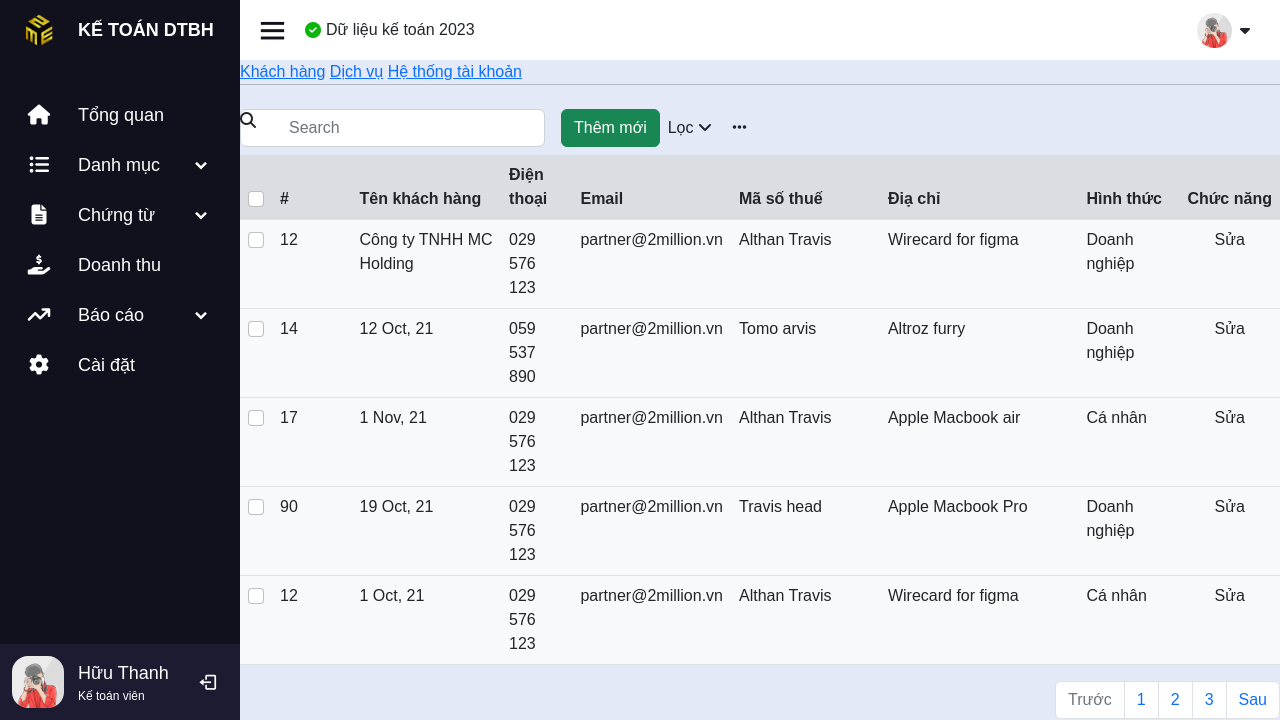
Repository: huuthanhdev/PhanMemKeToan
Page: pages/customer.html
These files come from the project's save history. The page is drawn as it stood at one moment and after the next save; the edit follows.
The browser window is 1280 px wide. The pictures show the whole page.
Some web fonts or font styles are not loaded; a fallback is used. Some web libraries are served in a nearby version.

Above is the page before, as saved 2023-03-24 16:45:49.

After the next save:
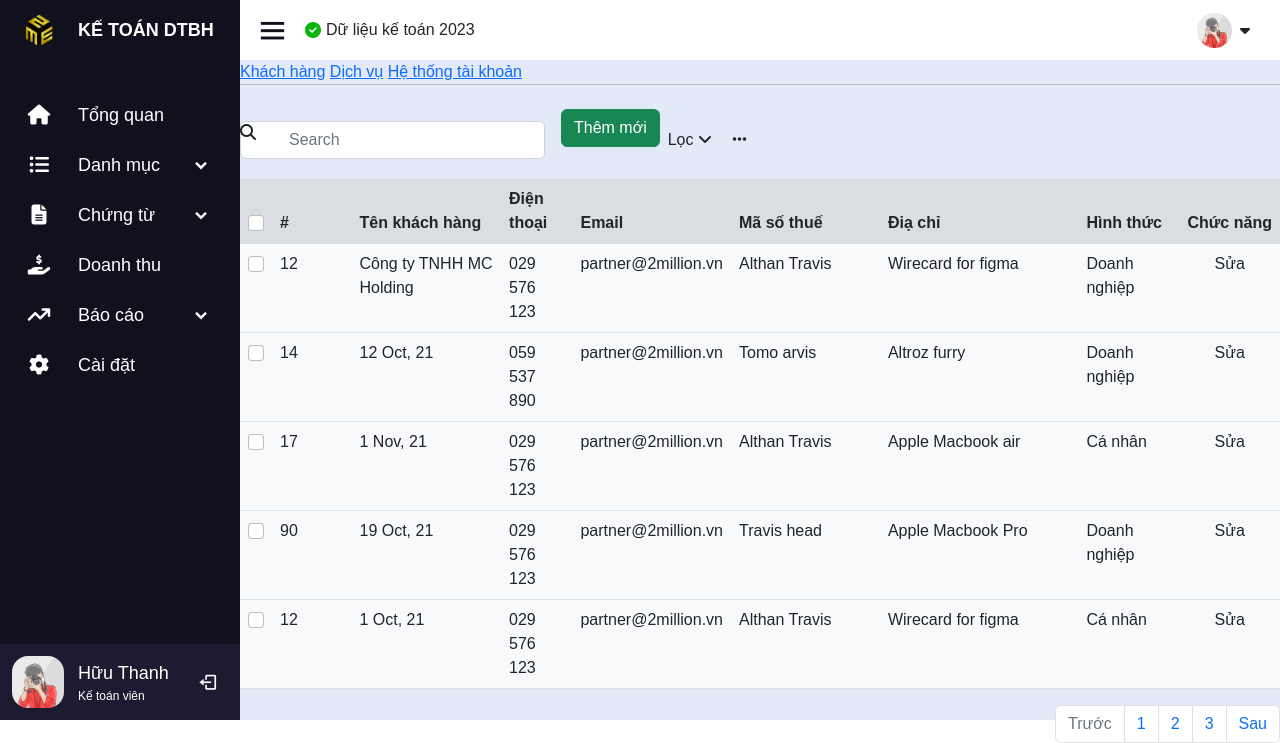
Saved 33 s later.
--- a/pages/customer.html
+++ b/pages/customer.html
@@ -143,7 +143,7 @@
                   <span class="position-absolute search"><i class="fa fa-search"></i></span>
                   <input class="form-control w-100 px-5 m-0" placeholder="Search">
               </div>
-              <button type="button" class="btn btn-success ms-3">Thêm mới</button>
+              <button type="button" class="btn btn-success ms-3 mb-4">Thêm mới</button>
               <div class="px-2">
                   <span>Lọc <i class="fa fa-angle-down"></i></span>
                   <i class="fa fa-ellipsis-h ms-3"></i>

After the save that followed:
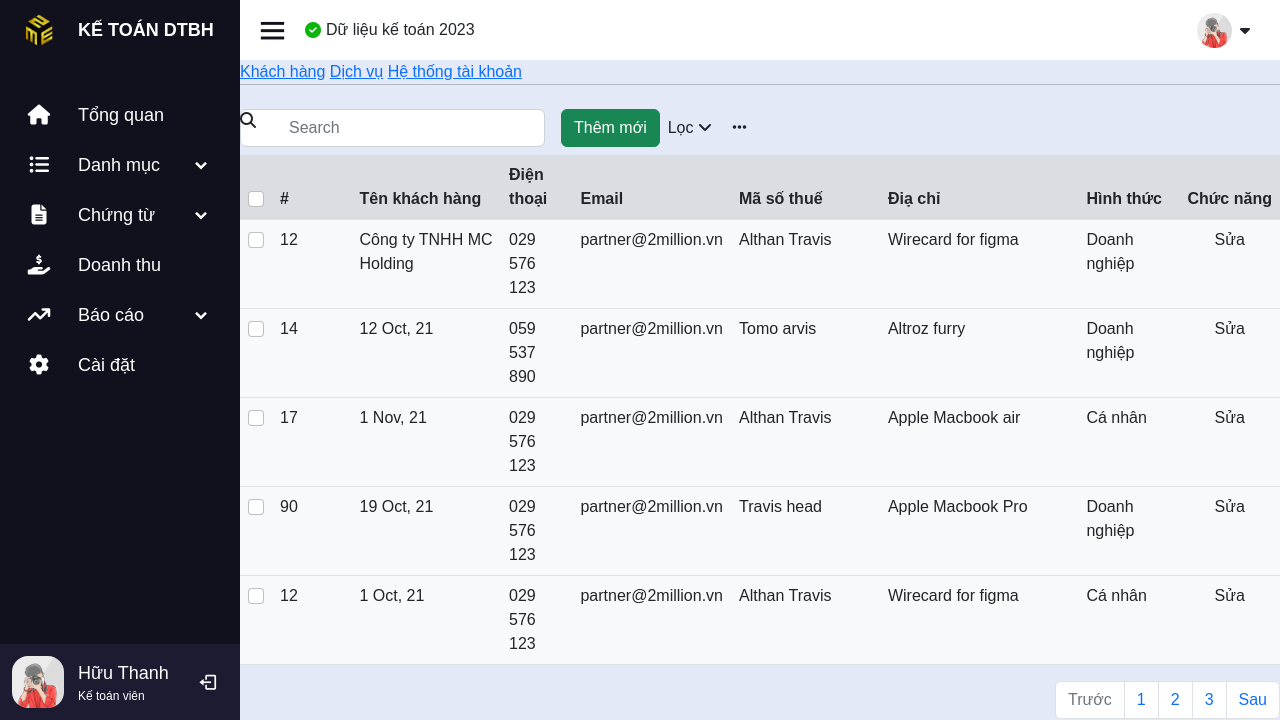
Saved 6 s later.
--- a/pages/customer.html
+++ b/pages/customer.html
@@ -143,7 +143,7 @@
                   <span class="position-absolute search"><i class="fa fa-search"></i></span>
                   <input class="form-control w-100 px-5 m-0" placeholder="Search">
               </div>
-              <button type="button" class="btn btn-success ms-3 mb-4">Thêm mới</button>
+              <button type="button" class="btn btn-success ms-3 ms-3">Thêm mới</button>
               <div class="px-2">
                   <span>Lọc <i class="fa fa-angle-down"></i></span>
                   <i class="fa fa-ellipsis-h ms-3"></i>
